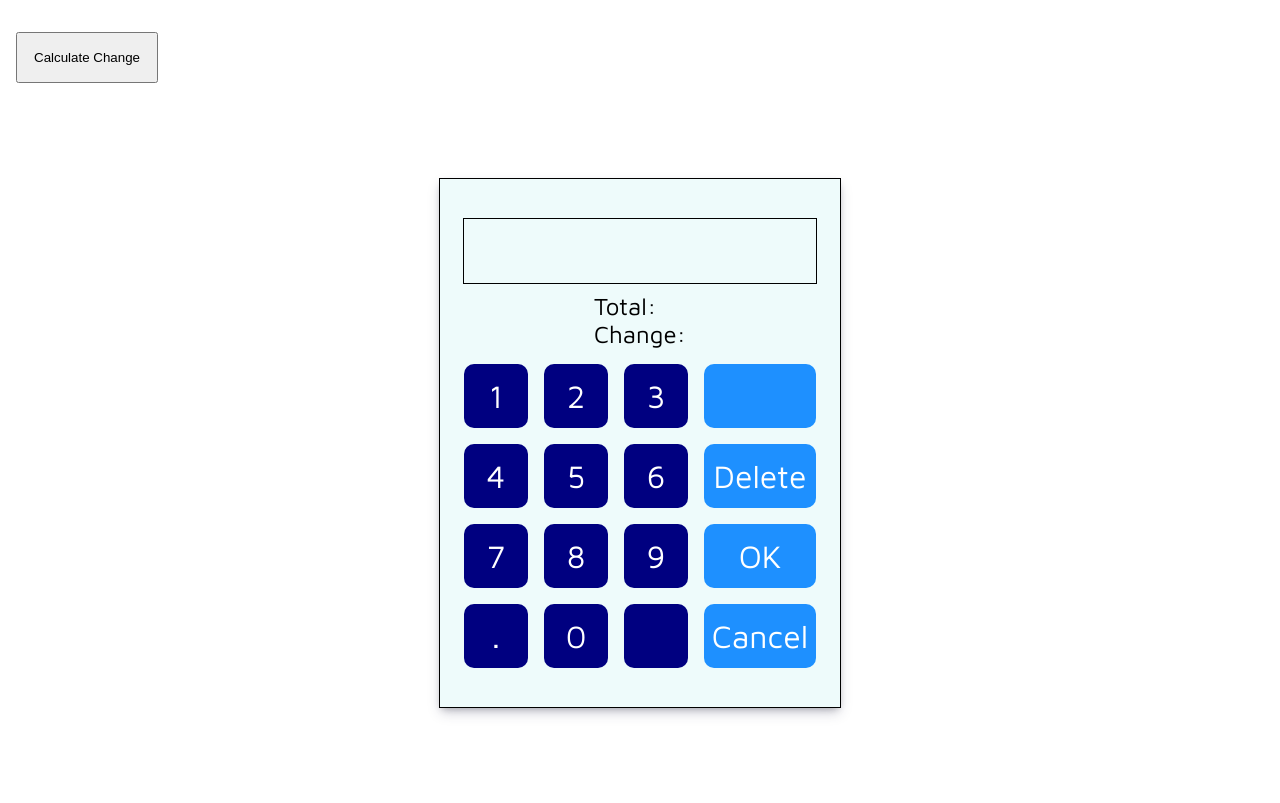
Repository: Dapravith/Midterm-SE-GIC-Cafe-Project-Group16
Page: src/main/resources/templates/changeCalculate.html
These files come from the project's save history. The page is drawn as it stood at one moment and after the next save; the edit follows.
The browser window is 1280 px wide. The pictures show the whole page.

Above is the page before, as saved 2023-05-12 17:11:11.

After the next save:
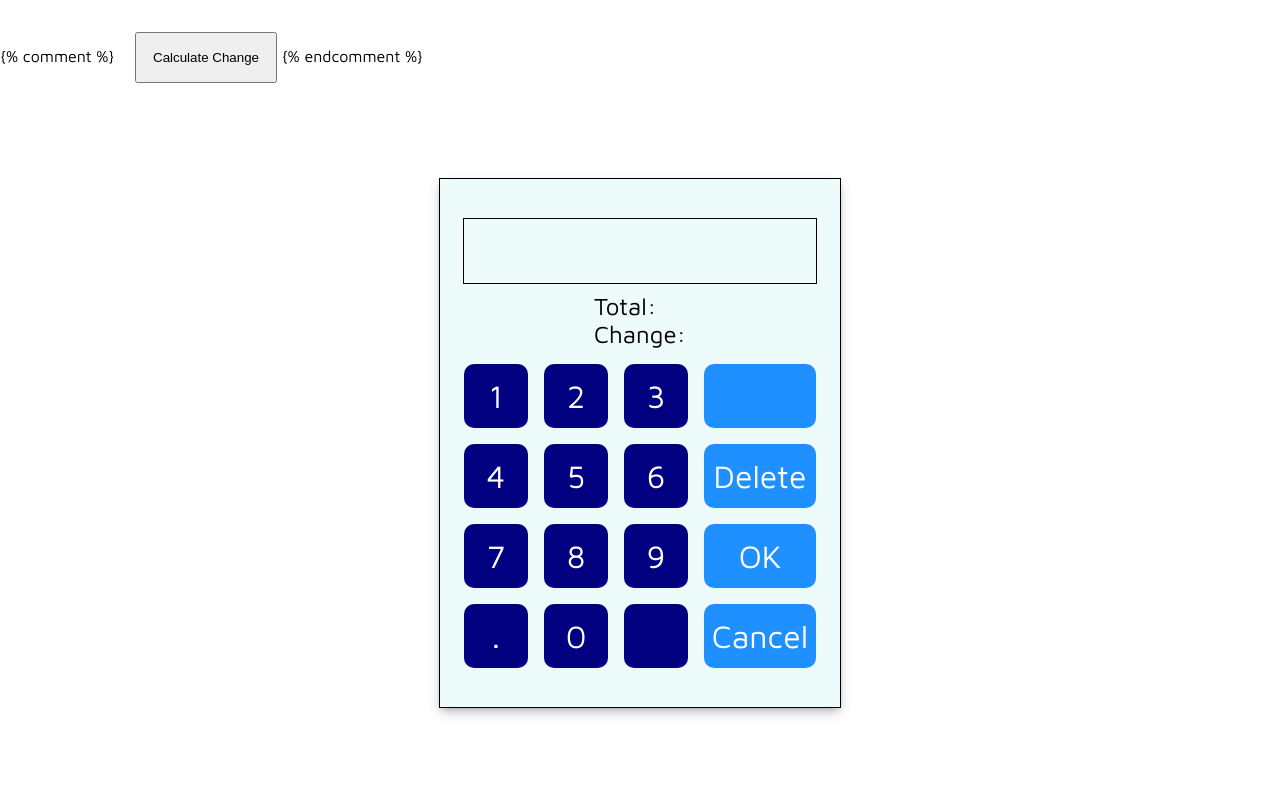
Saved 2 min 46 s later.
--- a/src/main/resources/templates/changeCalculate.html
+++ b/src/main/resources/templates/changeCalculate.html
@@ -148,7 +148,9 @@
   </head>
   <body>
     <div class="popup_button">
-      <button onclick="calculateChange()">Calculate Change</button>
+      {% comment %}
+      <button onclick="calculateChange()">Calculate Change</button> {%
+      endcomment %}
     </div>
 
     <div class="main_wrapper">
